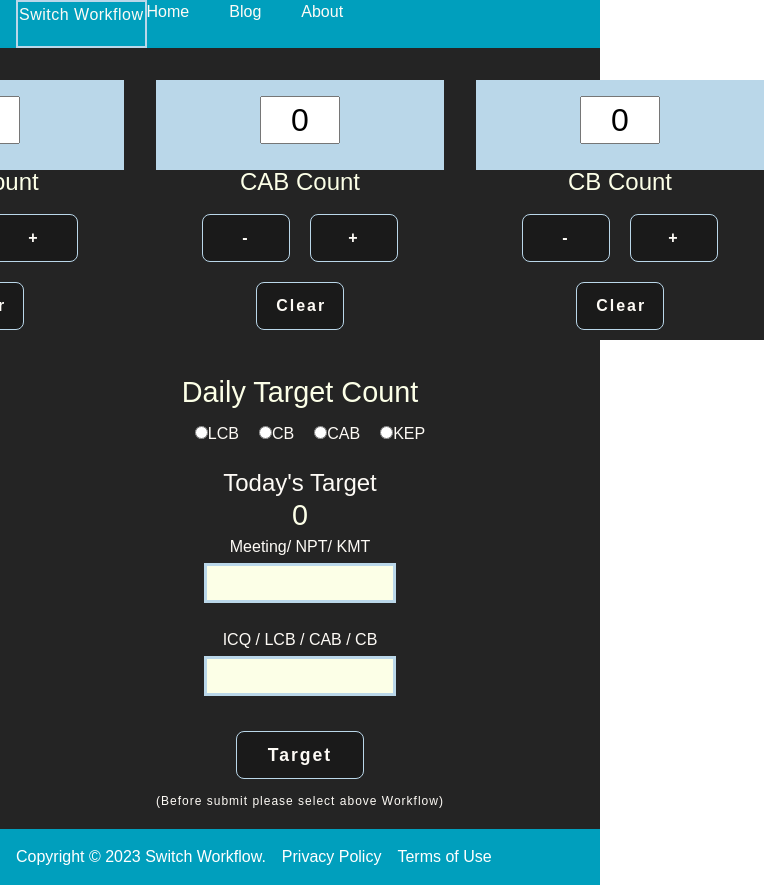
Repository: suraj-yadav7/SwitchWorkflow-Count-reactjs
Page: /
These files come from the project's save history. The page is drawn as it stood at one moment and after the next save; the edit follows.
The browser window is 600 px wide. The page is 764 px wide, then 600 px, so the pictures cover 764 px, including what lies to the right of the window. The pictures show the whole page.
Some web fonts or font styles are not loaded; a fallback is used. The project was rebuilt for these pictures with package versions that can differ from the ones it lists, and the page was loaded fresh each time.

Above is the page before, as saved 2023-04-20 18:14:54.

After the next save:
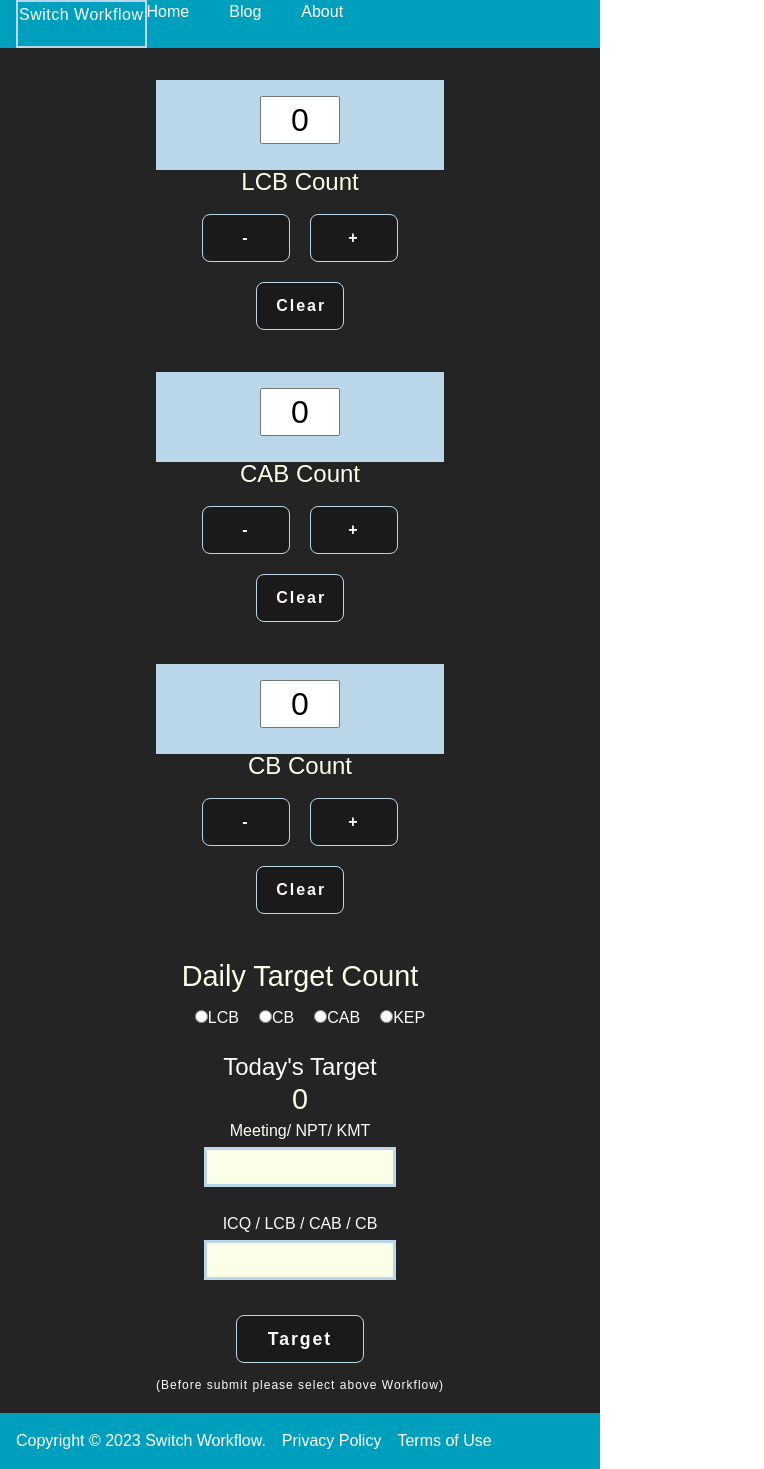
Saved 8 min 16 s later.
--- a/src/App.css
+++ b/src/App.css
@@ -79,13 +79,6 @@ li,a{
   text-align: center;
   cursor: pointer;
 }
-.cardText1{
-  color: #FCFFE7;
-  font-size: 1.5rem;
-  margin: 10px;
-  font-family: 'Stardos Stencil', cursive, sans-serif;
-
-}
 
 .container1{
   display:flex ;
@@ -95,6 +88,13 @@ li,a{
   padding: 2rem;
   background-color: #242424;
   color: #FEFBF6;
+
+}
+.cardText1{
+  color: #FCFFE7;
+  font-size: 1.5rem;
+  margin: 10px;
+  font-family: 'Stardos Stencil', cursive, sans-serif;
 
 }
 
@@ -186,3 +186,12 @@ padding: 1rem;
 margin: 0;
 cursor: pointer;
 }
+
+
+/* Media query */
+@media (max-width: 726px) {
+  .container1{
+    display: flex;
+    flex-wrap: wrap;
+  }
+}
